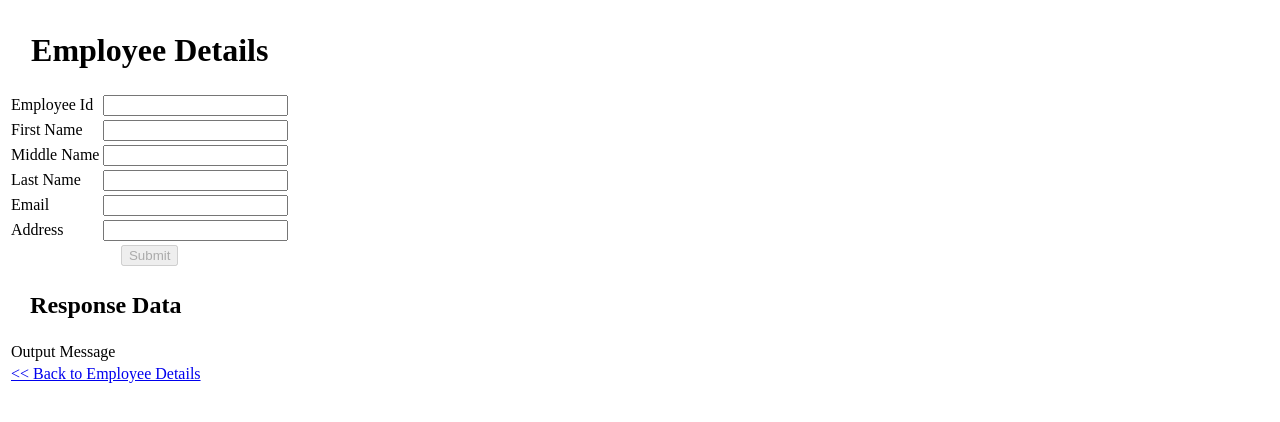
Repository: srjainapur/CRUD_Operation_With_Angular_Springboot
Page: angular-spring-demo/src/main/resources/static/post_data.html
The author's editor kept a copy of each file at every save. The page is drawn from the files as they stood at one save, then again after the next save.
The browser window is 1280 px wide. The pictures show the whole page.
Some web libraries are served in a nearby version.

Above is the page before, as saved 2020-06-26 07:01:36.

After the next save:
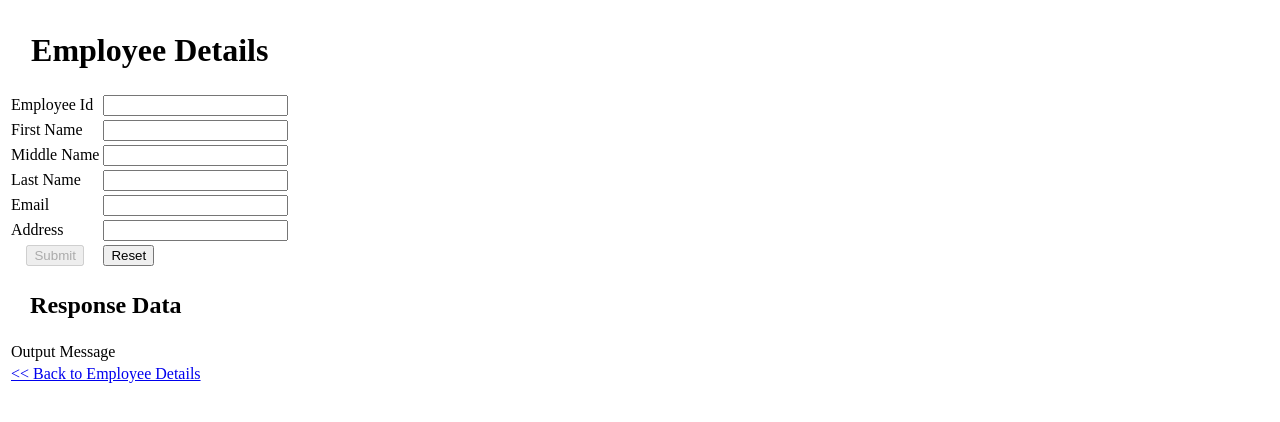
Saved 8 min 42 s later.
--- a/angular-spring-demo/src/main/resources/static/post_data.html
+++ b/angular-spring-demo/src/main/resources/static/post_data.html
@@ -94,10 +94,13 @@
 						</td>
 					</tr>
 					<tr>
-						<td colspan="2" align="middle">
+						<td align="middle">
 							<input type="button" value="Submit"
 							ng-disabled="employeeForm.$invalid"
 							ng-click="postData(empId, firstName, middleName, lastName, email, address)">
+						</td>
+						<td>
+							<input type="button" value="Reset" ng-click="reset()">
 						</td>
 					</tr>
 				</table>
